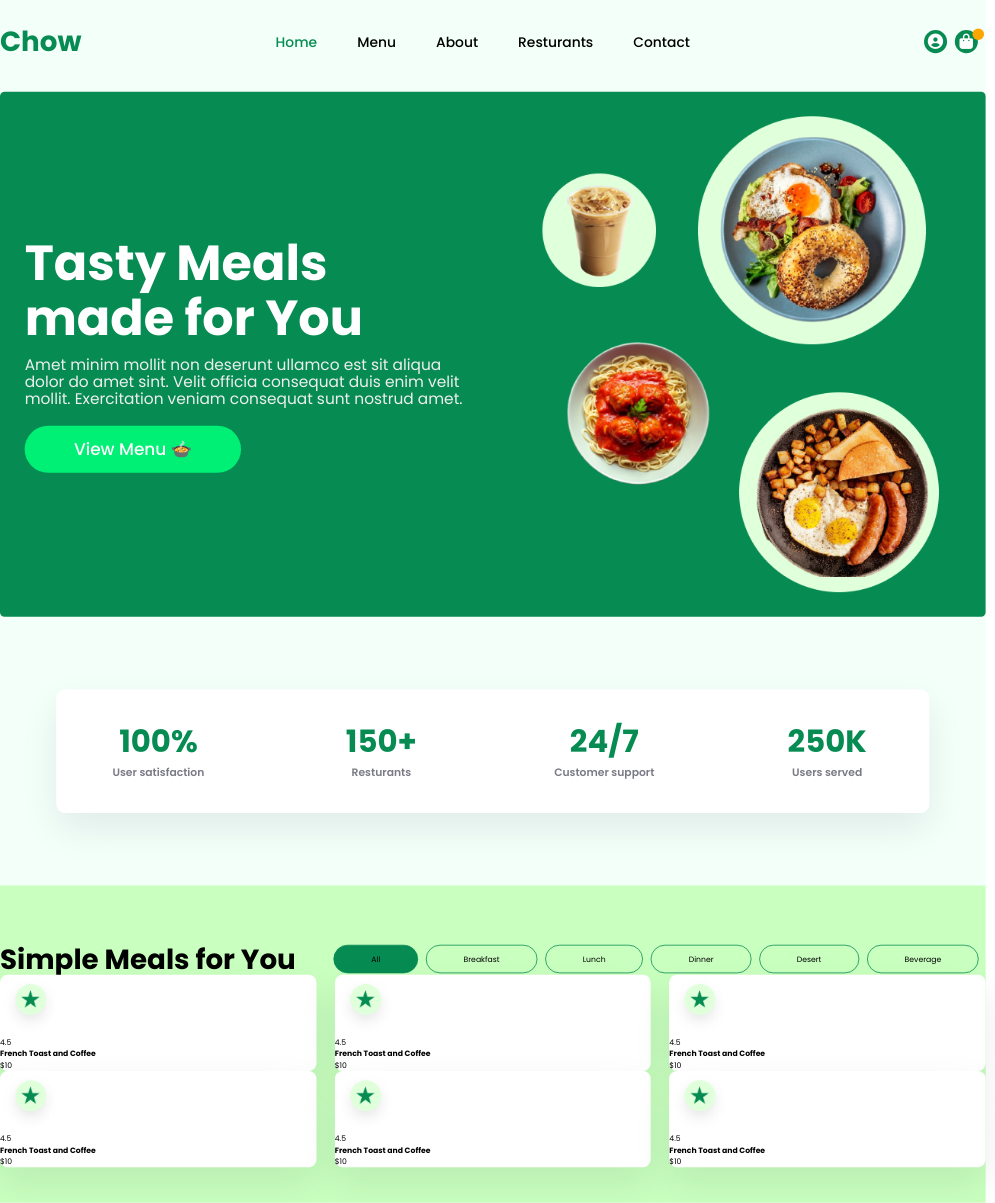
Repository: nguyennam1029/balbal
Page: index.html
The author's editor kept a copy of each file at every save. The page is drawn from the files as they stood at one save, then again after the next save.
The browser window is 1280 px wide. The page is 1292 px wide, so the pictures cover 1292 px, including what lies to the right of the window. The pictures show the whole page, at 77% of full size.
Some web libraries are served in a nearby version.

Above is the page before, as saved 2022-07-01 22:09:58.

After the next save:
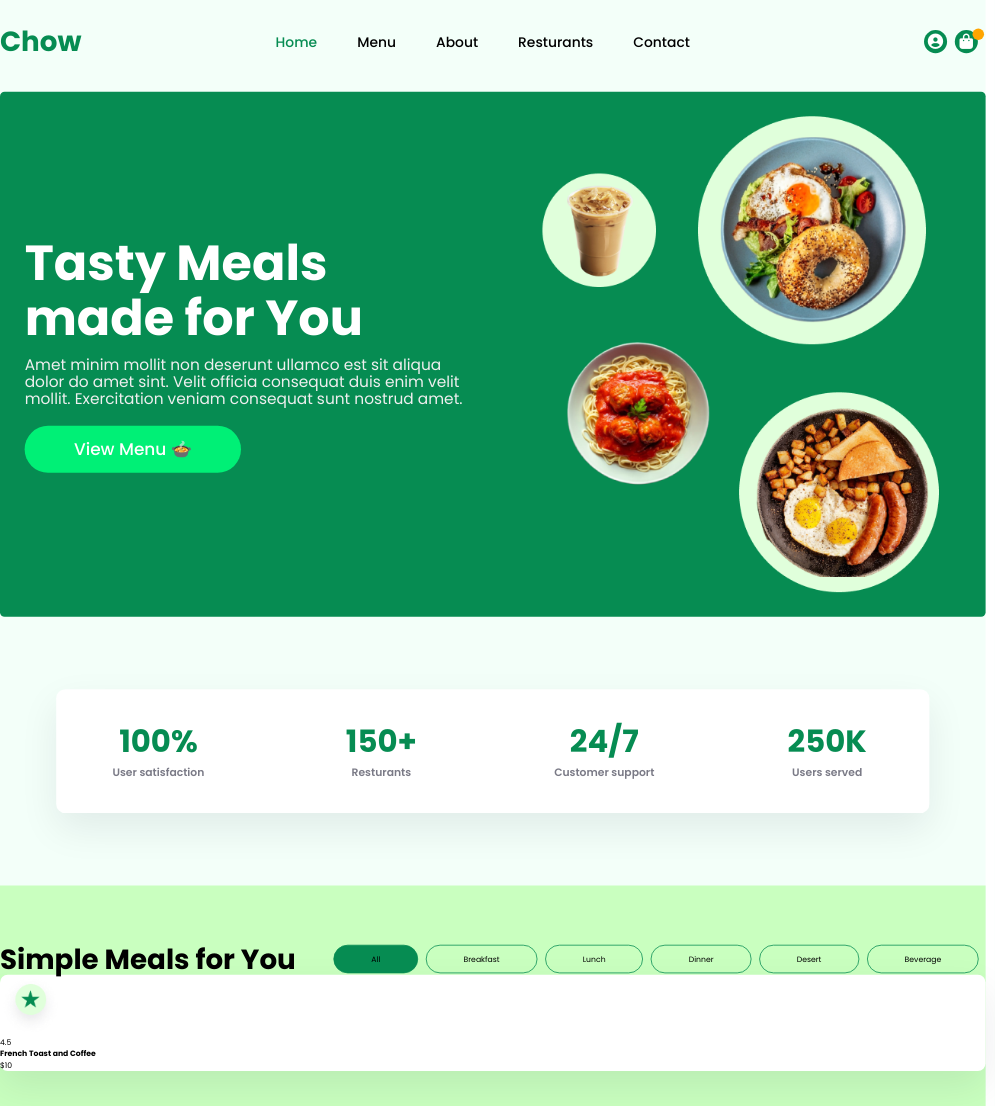
Saved 2 min 11 s later.
--- a/index.html
+++ b/index.html
@@ -118,95 +118,16 @@
             </div>
           </div>
           <div class="product-list">
-            <div class="row">
-              <div class="col l-4 m-6 c-12">
-                <div class="product-item">
-                  <div class="product-item--rating">
-                    <img src="images/star.png" alt="" />
-                    <span>4.5</span>
-                  </div>
-                  <div class="product-item--content">
-                    <h4 class="product-item--name">French Toast and Coffee</h4>
-                    <div class="product-item--footer">
-                      <span class="product-item--price">$10</span>
-                      <a href="#" class="product-item--btn"></a>
-                    </div>
-                  </div>
-                </div>
+            <div class="product-item">
+              <div class="product-item--rating">
+                <img src="images/star.png" alt="" />
+                <span>4.5</span>
               </div>
-              <div class="col l-4 m-6 c-12">
-                <div class="product-item">
-                  <div class="product-item--rating">
-                    <img src="images/star.png" alt="" />
-                    <span>4.5</span>
-                  </div>
-                  <div class="product-item--content">
-                    <h4 class="product-item--name">French Toast and Coffee</h4>
-                    <div class="product-item--footer">
-                      <span class="product-item--price">$10</span>
-                      <a href="#" class="product-item--btn"></a>
-                    </div>
-                  </div>
-                </div>
-              </div>
-              <div class="col l-4 m-6 c-12">
-                <div class="product-item">
-                  <div class="product-item--rating">
-                    <img src="images/star.png" alt="" />
-                    <span>4.5</span>
-                  </div>
-                  <div class="product-item--content">
-                    <h4 class="product-item--name">French Toast and Coffee</h4>
-                    <div class="product-item--footer">
-                      <span class="product-item--price">$10</span>
-                      <a href="#" class="product-item--btn"></a>
-                    </div>
-                  </div>
-                </div>
-              </div>
-              <div class="col l-4 m-6 c-12">
-                <div class="product-item">
-                  <div class="product-item--rating">
-                    <img src="images/star.png" alt="" />
-                    <span>4.5</span>
-                  </div>
-                  <div class="product-item--content">
-                    <h4 class="product-item--name">French Toast and Coffee</h4>
-                    <div class="product-item--footer">
-                      <span class="product-item--price">$10</span>
-                      <a href="#" class="product-item--btn"></a>
-                    </div>
-                  </div>
-                </div>
-              </div>
-              <div class="col l-4 m-6 c-12">
-                <div class="product-item">
-                  <div class="product-item--rating">
-                    <img src="images/star.png" alt="" />
-                    <span>4.5</span>
-                  </div>
-                  <div class="product-item--content">
-                    <h4 class="product-item--name">French Toast and Coffee</h4>
-                    <div class="product-item--footer">
-                      <span class="product-item--price">$10</span>
-                      <a href="#" class="product-item--btn"></a>
-                    </div>
-                  </div>
-                </div>
-              </div>
-              <div class="col l-4 m-6 c-12">
-                <div class="product-item">
-                  <div class="product-item--rating">
-                    <img src="images/star.png" alt="" />
-                    <span>4.5</span>
-                  </div>
-                  <div class="product-item--content">
-                    <h4 class="product-item--name">French Toast and Coffee</h4>
-                    <div class="product-item--footer">
-                      <span class="product-item--price">$10</span>
-                      <a href="#" class="product-item--btn"></a>
-                    </div>
-                  </div>
+              <div class="product-item--content">
+                <h4 class="product-item--name">French Toast and Coffee</h4>
+                <div class="product-item--footer">
+                  <span class="product-item--price">$10</span>
+                  <a href="#" class="product-item--btn"></a>
                 </div>
               </div>
             </div>
